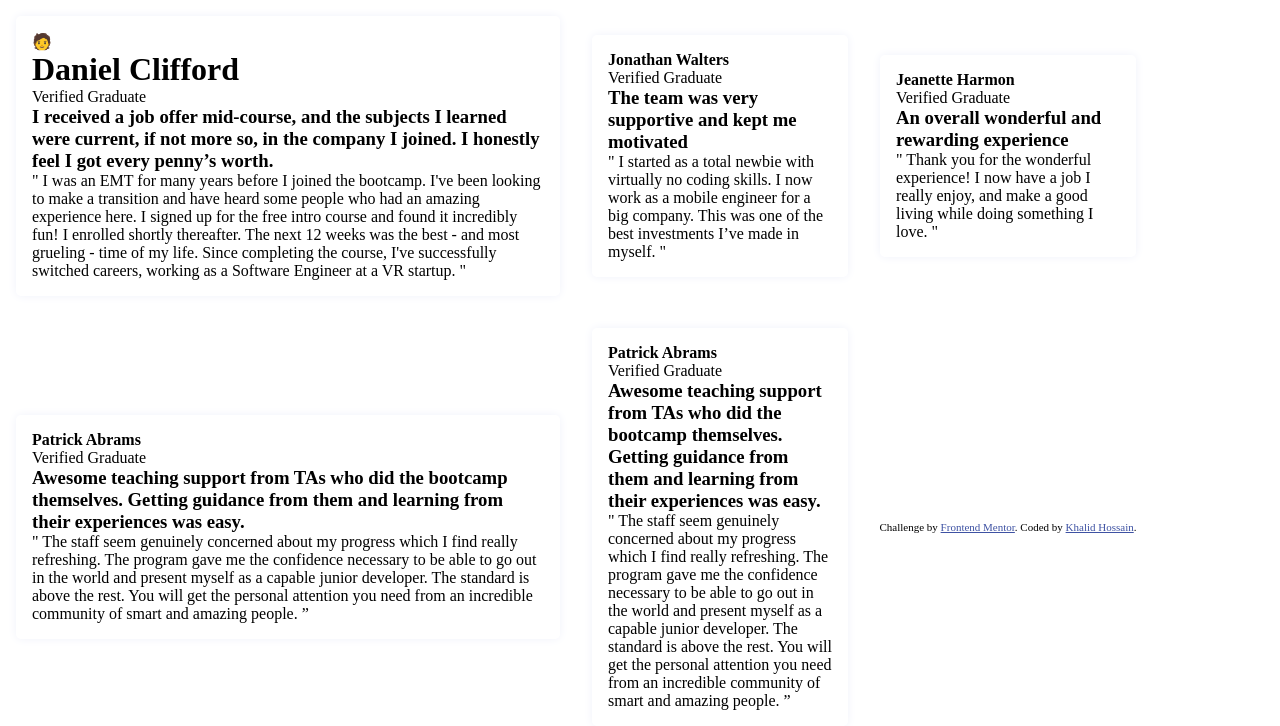
Repository: badhon252/Testimonials-Grid-Section
Page: index.html
An editor plug-in stored every save of this project. The page is shown before and after the next save, followed by the edit.
The browser window is 1280 px wide. The pictures show the whole page.

Above is the page before, as saved 2023-02-18 15:41:03.

### index.html
<!DOCTYPE html>
<html lang="en">

<head>
    <meta charset="UTF-8">
    <meta name="viewport" content="width=device-width, initial-scale=1.0">
    <!-- displays site properly based on user's device -->

    <link rel="icon" type="image/png" sizes="32x32" href="./images/favicon-32x32.png">
    <link rel="stylesheet" href="./css/style.css">
    <title>Frontend Mentor | Testimonials grid section</title>

</head>

<body>

    <div class="container">

        <div class="box box1">
            <div class="heading">
                <span>🧑</span>
                <div>
                    <h1 class="name">Daniel Clifford</h1>
                    <p>Verified Graduate</p>
                </div>
            </div>

            <h3>I received a job offer mid-course, and the subjects I learned were current, if not more so, in the company I joined. I honestly feel I got every penny’s worth.</h3>
            <p>" I was an EMT for many years before I joined the bootcamp. I've been looking to make a transition and have heard some people who had an amazing experience here. I signed up for the free intro course and found it incredibly fun! I enrolled
                shortly thereafter. The next 12 weeks was the best - and most grueling - time of my life. Since completing the course, I've successfully switched careers, working as a Software Engineer at a VR startup. "</p>

        </div>
        <div class="box box2">
            <h4>Jonathan Walters</h4>
            <p>Verified Graduate</p>
            <h3>The team was very supportive and kept me motivated</h3>
            <p>" I started as a total newbie with virtually no coding skills. I now work as a mobile engineer for a big company. This was one of the best investments I’ve made in myself. "</p>
        </div>
        <div class="box box3">
            <h4>Jeanette Harmon</h4>
            <p>Verified Graduate</p>
            <h3>An overall wonderful and rewarding experience</h3>
            <p>" Thank you for the wonderful experience! I now have a job I really enjoy, and make a good living while doing something I love. "</p>
        </div>
        <div class="box box4">
            <h4>Patrick Abrams</h4>
            <p>Verified Graduate</p>
            <h3>Awesome teaching support from TAs who did the bootcamp themselves. Getting guidance from them and learning from their experiences was easy.</h3>
            <p>" The staff seem genuinely concerned about my progress which I find really refreshing. The program gave me the confidence necessary to be able to go out in the world and present myself as a capable junior developer. The standard is above the
                rest. You will get the personal attention you need from an incredible community of smart and amazing people. ”
            </p>
        </div>
        <div class="box box5">
            <h4>Patrick Abrams</h4>
            <p>Verified Graduate</p>
            <h3>Awesome teaching support from TAs who did the bootcamp themselves. Getting guidance from them and learning from their experiences was easy.</h3>
            <p>" The staff seem genuinely concerned about my progress which I find really refreshing. The program gave me the confidence necessary to be able to go out in the world and present myself as a capable junior developer. The standard is above the
                rest. You will get the personal attention you need from an incredible community of smart and amazing people. ”
            </p>
        </div>


        <div class="attribution">
            Challenge by <a href="https://www.badhon252.me" target="_blank">Frontend Mentor</a>. Coded by <a href="#">Khalid
        Hossain</a>.
        </div>
    </div>
</body>

</html>

### css/style.css
* {
    margin: 0;
    padding: 0;
    box-sizing: border-box;
}

body {
    height: 98vh;
}

.container {
    max-height: 90%;
    max-width: 90%;
    display: grid;
    place-items: center;
    grid-template-columns: 2fr 1fr 1fr;
    grid-template-rows: 1fr 2fr 1fr;
    /* grid-template-areas: 'box1 box1 box2 box3' 'box4 box5 box5 box3'; */
}

.box {
    border-radius: 5px;
    padding: 1rem;
    margin: 1rem;
    box-shadow: 0 0 10px 0 hsl(227, 47%, 96%);
}

.attribution {
    font-size: 11px;
    text-align: center;
}

.attribution a {
    color: hsl(228, 45%, 44%);
}

After the next save:
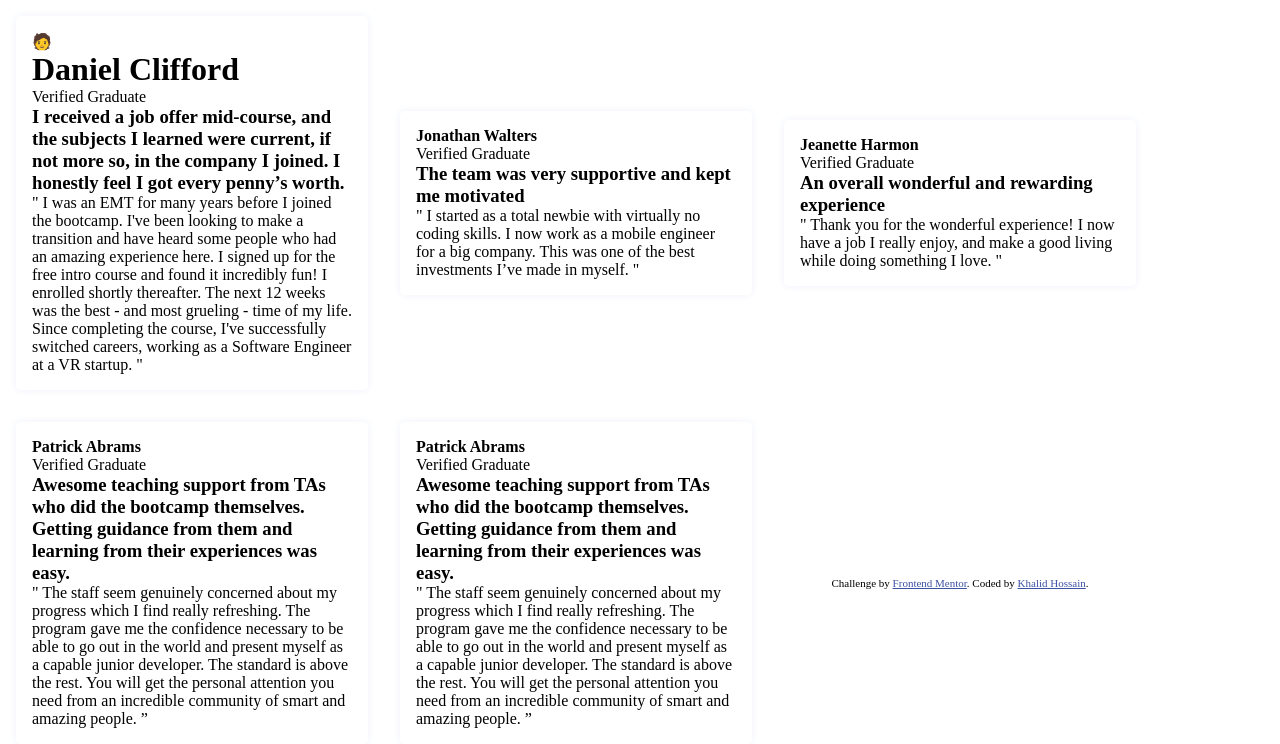
Saved 25 s later.
--- a/css/style.css
+++ b/css/style.css
@@ -13,7 +13,7 @@
     max-width: 90%;
     display: grid;
     place-items: center;
-    grid-template-columns: 2fr 1fr 1fr;
+    grid-template-columns: 1fr 1fr 1fr;
     grid-template-rows: 1fr 2fr 1fr;
     /* grid-template-areas: 'box1 box1 box2 box3' 'box4 box5 box5 box3'; */
 }

After the 2 saves that followed:
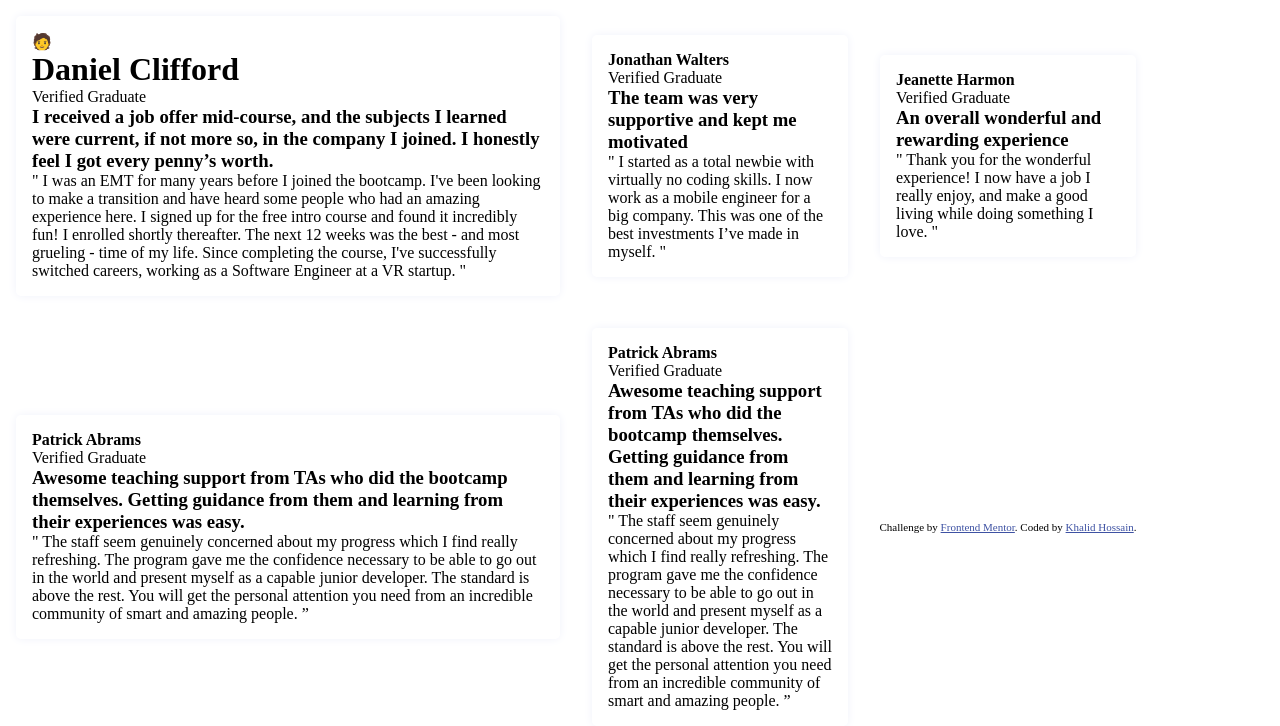
The 2 saves are shown as one change because 1 left the picture as it was.
The last was saved 10 s later.
--- a/css/style.css
+++ b/css/style.css
@@ -13,7 +13,7 @@
     max-width: 90%;
     display: grid;
     place-items: center;
-    grid-template-columns: 1fr 1fr 1fr;
+    grid-template-columns: 2fr 1fr 1fr;
     grid-template-rows: 1fr 2fr 1fr;
     /* grid-template-areas: 'box1 box1 box2 box3' 'box4 box5 box5 box3'; */
 }
